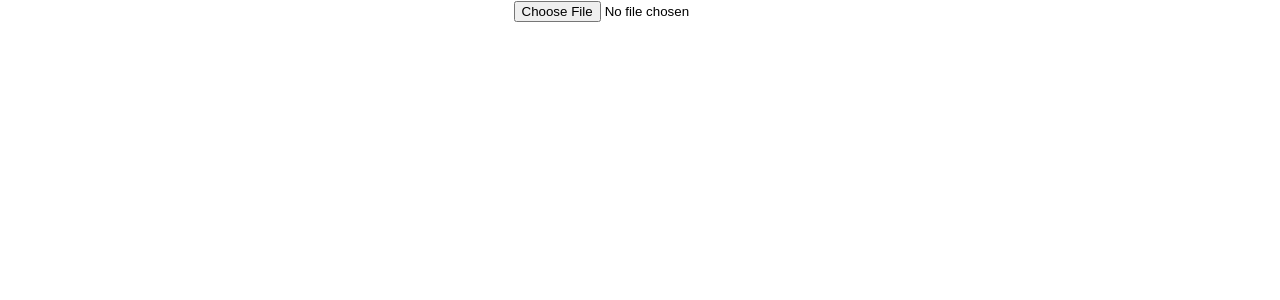
Repository: flawlesscode254/react-firebase-upload
Page: /
The author's editor kept a copy of each file at every save. The page is drawn from the files as they stood at one save, then again after the next save.
The browser window is 1280 px wide. The pictures show the whole page.
The project was rebuilt for these pictures with package versions that can differ from the ones it lists, and the page was loaded fresh each time.

Above is the page before, as saved 2021-12-20 10:41:40.

After the next save:
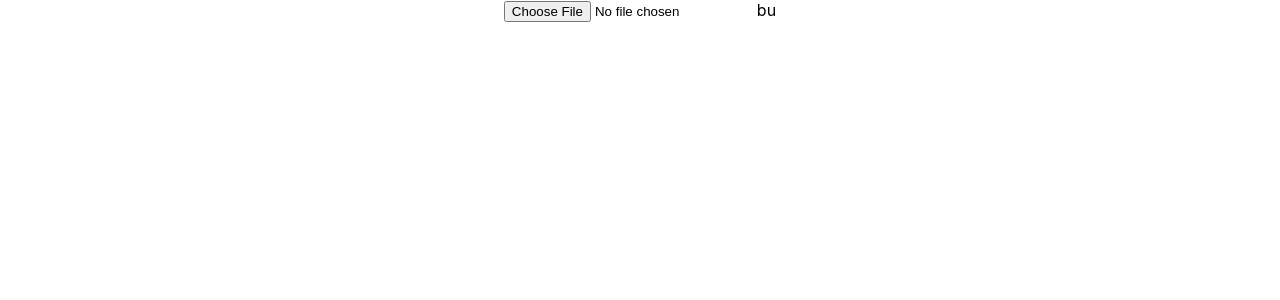
Saved 15 s later.
--- a/src/App.js
+++ b/src/App.js
@@ -13,6 +13,7 @@ function App() {
   return (
     <div className="App">
       <input type="file" onChange={handleFile} />
+      bu
     </div>
   );
 }
